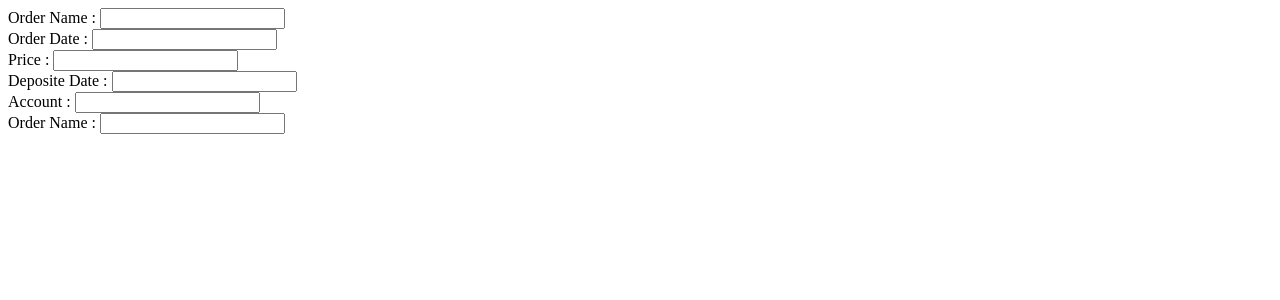
Repository: cheukyin21hk/DudeClothingConsole
Page: http://localhost/DudeClothing/WEB-INF/views/orderMgt.jsp
These files come from the project's save history. The page is drawn as it stood at one moment and after the next save; the edit follows.
The browser window is 1280 px wide. The pictures show the whole page.
The page is served by Tomcat 9. Nobody is signed in. The template is opened directly, without the code that normally fills it, so the values that code supplies are empty.

Above is the page before, as saved 2015-06-01 02:49:12.

After the next save:
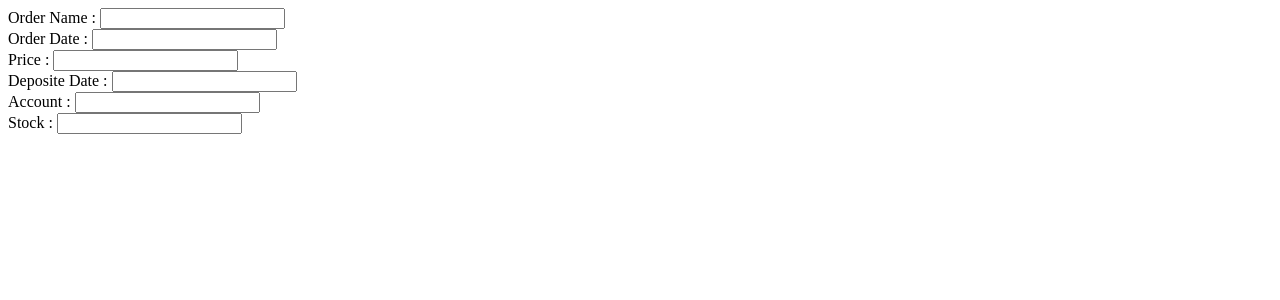
Saved 6 s later.
--- a/DudeClothing/src/main/webapp/WEB-INF/views/orderMgt.jsp
+++ b/DudeClothing/src/main/webapp/WEB-INF/views/orderMgt.jsp
@@ -17,7 +17,7 @@
 	<input type='text'>
 	<br /> Account :
 	<input type='text'>
-	<br /> Order Name :
+	<br /> Stock :
 	<input type='text'>
 	<br />
 </body>
